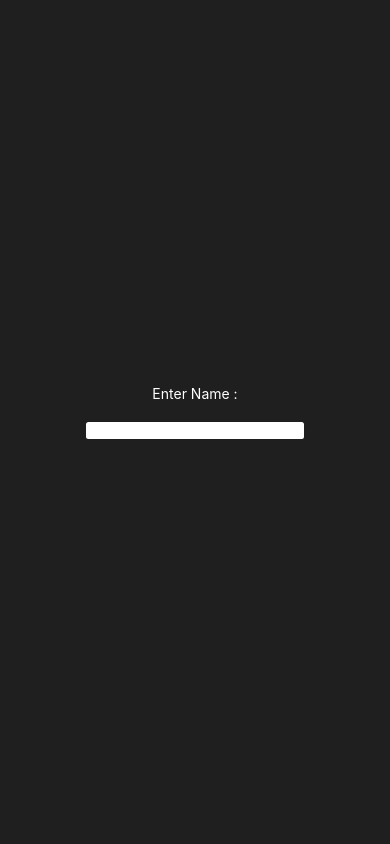
Repository: PrakharGupta36/TodoApp-React-Native
Screen: /
The author's editor kept a copy of each file at every save. The screen is drawn from the files as they stood at one save, then again after a run of saves.
The app was drawn by React Native's web renderer in a window 390 px wide. The project was rebuilt for these pictures with package versions that can differ from the ones it lists, and the page was loaded fresh each time.

Above is the screen before, as saved 2022-03-16 01:07:58.

### App.js
import {
  StyleSheet,
  Text,
  View,
  StatusBar,
  Button,
  TextInput,
} from "react-native";
import { React, useState, useEffect } from "react";

export default function App() {
  const [name, setName] = useState("shaun");
  const [age, setAge] = useState(40);

  return (
    <View style={styles.container}>
      <Text style={styles.text}> Enter Name : </Text>
      <View style={styles.buttonContainer}>
        <TextInput style = {styles.input} />
      </View>
      <StatusBar style='auto' />
    </View>
  );
}

const styles = StyleSheet.create({
  container: {
    flex: 1,
    backgroundColor: "#fff",
    alignItems: "center",
    justifyContent: "center",
    backgroundColor: "#1f1f1f",
  },
  text: {
    color: "white",
  },
  buttonContainer: {
    margin: 20,
  },
  input: {
    backgroundColor: "white",
    borderRadius: 2.5,
  }
});

After the next 4 saves:
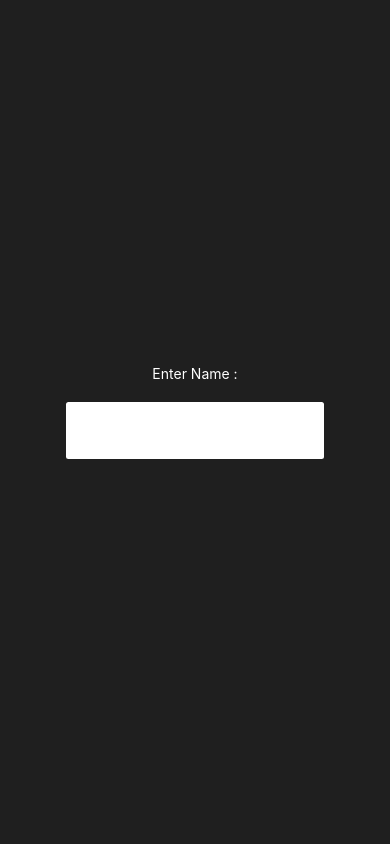
The 4 saves are shown as one change because 1 did not build or start and some came seconds apart.
The last was saved 14 s later.
--- a/App.js
+++ b/App.js
@@ -40,5 +40,6 @@
   input: {
     backgroundColor: "white",
     borderRadius: 2.5,
+    padding: 20,
   }
 });
